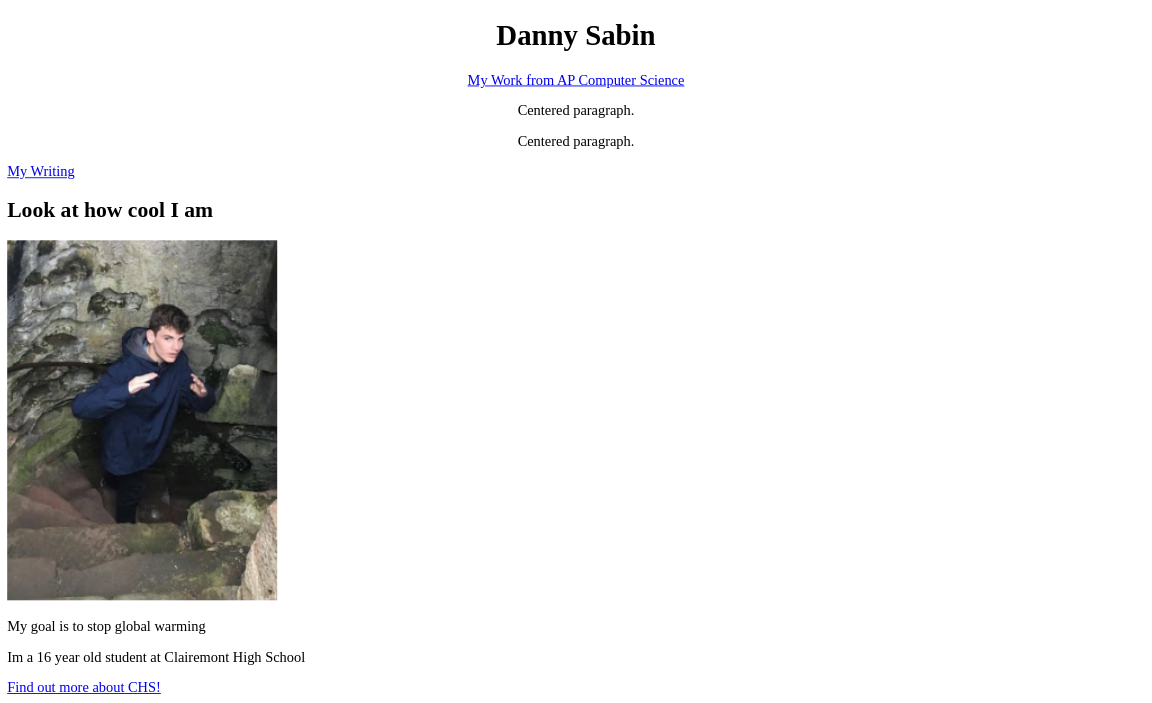
Repository: Danny3212/Danny3212.github.io
Page: index.html
The author's editor kept a record of every edit. The page is drawn from the files as they stood at one moment, then again after the next edit.
The browser window is 1280 px wide. The pictures show the whole page, at 90% of full size.

Above is the page before.

### index.html
<!DOCTYPE html>
<html>
<body>
<h1 style="text-align:center;">Danny Sabin</h1>
<p style="text-align:center;"><a href="apcs.html">My Work from AP Computer Science</a></p>
<p style="text-align:center;">Centered paragraph.</p>
<p style="text-align:center;">Centered paragraph.</p>
<p></p>
<p></p>
<p><a href="writing.html">My Writing</a></p>


<h2>Look at how cool I am </h2>
<img src="images/Danny background.PNG" alt="Karate Man" width="300" height="400">
<p>My goal is to stop global warming</a></p>
<p>Im a 16 year old student at Clairemont High School</p>
<a href="https://www.sandiegounified.org/schools/clairemont/" target="_blank"> Find out more about CHS!</a>

</body>
</html>

After the next edit:
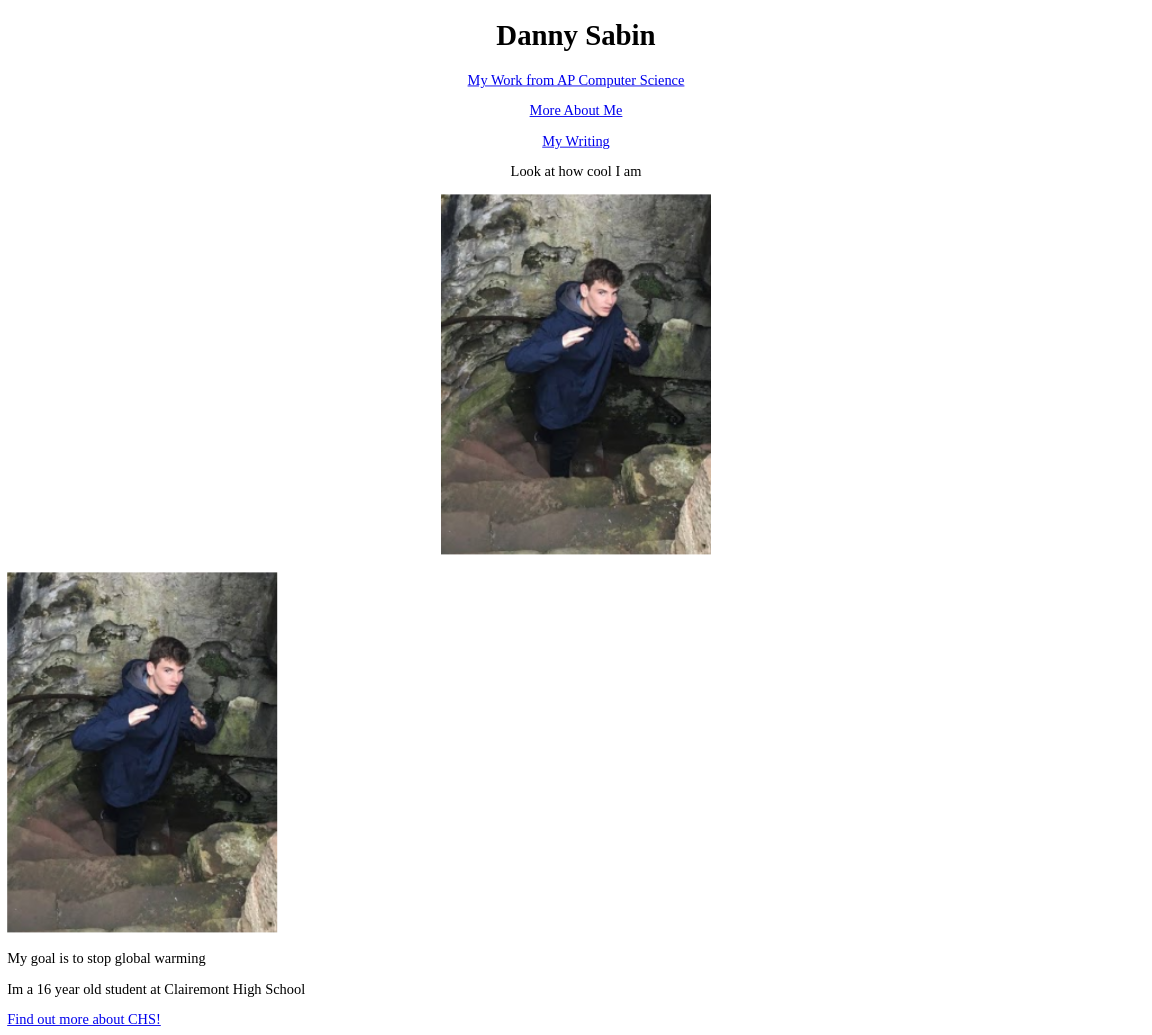
The edit:
--- a/index.html
+++ b/index.html
@@ -3,14 +3,12 @@
 <body>
 <h1 style="text-align:center;">Danny Sabin</h1>
 <p style="text-align:center;"><a href="apcs.html">My Work from AP Computer Science</a></p>
-<p style="text-align:center;">Centered paragraph.</p>
-<p style="text-align:center;">Centered paragraph.</p>
-<p></p>
-<p></p>
-<p><a href="writing.html">My Writing</a></p>
+<p style="text-align:center;"><a href="danny.html">More About Me</a></p>
+<p style="text-align:center;"><a href="writing.html">My Writing</a></p>
 
 
-<h2>Look at how cool I am </h2>
+<p style="text-align:center;">Look at how cool I am</p>
+<p style="text-align:center;"><img src="images/Danny background.PNG" alt="Karate Man" width="300" height="400"></p>
 <img src="images/Danny background.PNG" alt="Karate Man" width="300" height="400">
 <p>My goal is to stop global warming</a></p>
 <p>Im a 16 year old student at Clairemont High School</p>
